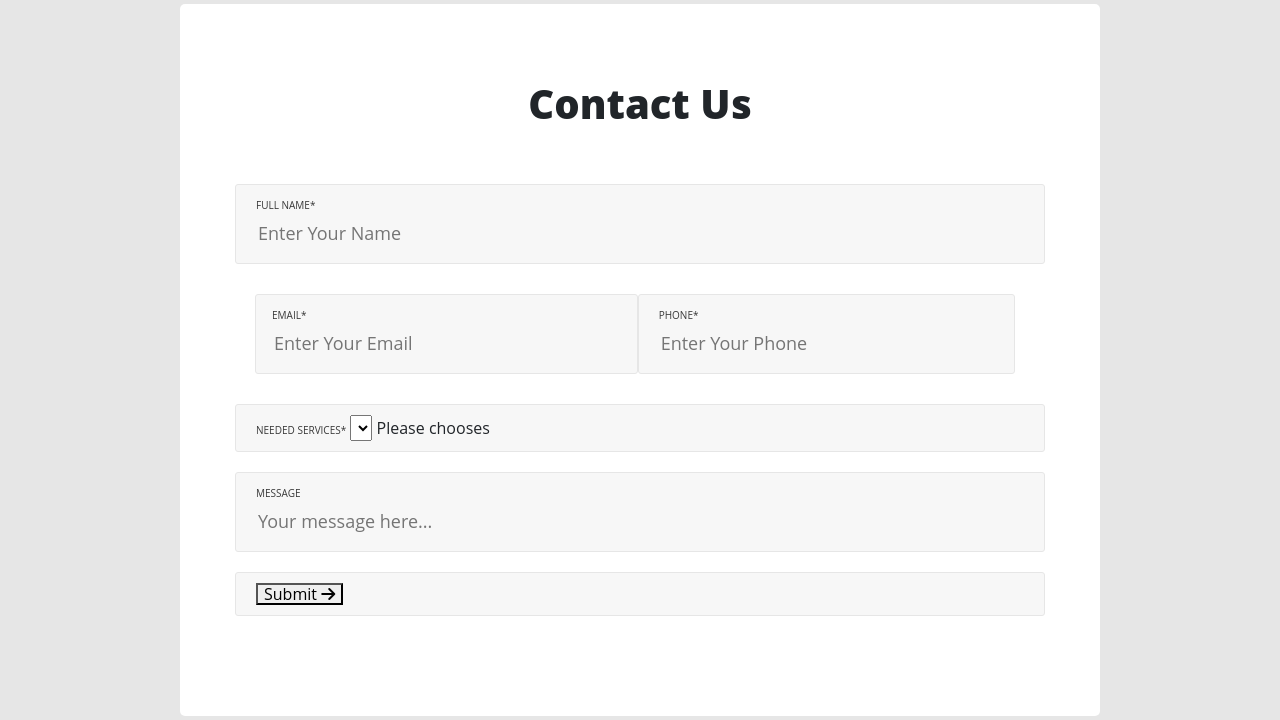
Repository: letrongtinh27/LapTrinhWeb
Page: form-contact/index.html
An editor plug-in stored every save of this project. The page is shown before and after the next save, followed by the edit.
The browser window is 1280 px wide. The pictures show the whole page.

Above is the page before, as saved 2022-10-09 11:57:07.

### form-contact/index.html
<!DOCTYPE html>
<html lang="en">
<head>
    <meta charset="UTF-8">
    <meta http-equiv="X-UA-Compatible" content="IE=edge">
    <meta name="viewport" content="width=device-width, initial-scale=1.0">
    <title>Form Contact Us</title>
    <link rel="stylesheet" href="https://cdn.jsdelivr.net/npm/bootstrap@4.3.1/dist/css/bootstrap.min.css" integrity="sha384-ggOyR0iXCbMQv3Xipma34MD+dH/1fQ784/j6cY/iJTQUOhcWr7x9JvoRxT2MZw1T" crossorigin="anonymous">
    <link rel="stylesheet" href="reset.css">
    <link rel="stylesheet" href="style.css">
    <link rel="stylesheet" href="https://cdnjs.cloudflare.com/ajax/libs/font-awesome/6.2.0/css/all.min.css" integrity="sha512-xh6O/CkQoPOWDdYTDqeRdPCVd1SpvCA9XXcUnZS2FmJNp1coAFzvtCN9BmamE+4aHK8yyUHUSCcJHgXloTyT2A==" crossorigin="anonymous" referrerpolicy="no-referrer" />
</head>
<body>
    <div class="contact">
        <h2 class="contact-title">Contact Us</h2>
        <form action="#" class="contact-form" autocapitalize="off">
            <div class="form-group">
                <label for="">FULL NAME*</label>
                <input type="text" class="form-input" placeholder="Enter Your Name">
            </div>
            <div class="form-group-2">
            <div class="form-group  alpha pl-3">
                <label for="">EMAIL*</label>
                <input type="email" class="form-input alpha" placeholder="Enter Your Email">
            </div>
            <div class="form-group alpha pr-3">
                <label for="">PHONE*</label>
                <input type="email" class="form-input" placeholder="Enter Your Phone">
            </div>
        </div>
            <div class="form-group">
                <label for="">NEEDED SERVICES*</label>
                <select name="service" id="">
                </select>
                <span>Please chooses</span>
            </div>
            <div class="form-group">
                <label for="">MESSAGE</label>
                <input type="text" class="form-input text-area" placeholder="Your message here...">
            </div>
            <div class="form-group">
                <button class="form-submit">Submit <i class="fa-solid fa-arrow-right"></i></button>
            </div>
        </form>
    </div>
    <script src="https://code.jquery.com/jquery-3.3.1.slim.min.js" integrity="sha384-q8i/X+965DzO0rT7abK41JStQIAqVgRVzpbzo5smXKp4YfRvH+8abtTE1Pi6jizo" crossorigin="anonymous"></script>
    <script src="https://cdn.jsdelivr.net/npm/popper.js@1.14.7/dist/umd/popper.min.js" integrity="sha384-UO2eT0CpHqdSJQ6hJty5KVphtPhzWj9WO1clHTMGa3JDZwrnQq4sF86dIHNDz0W1" crossorigin="anonymous"></script>
    <script src="https://cdn.jsdelivr.net/npm/bootstrap@4.3.1/dist/js/bootstrap.min.js" integrity="sha384-JjSmVgyd0p3pXB1rRibZUAYoIIy6OrQ6VrjIEaFf/nJGzIxFDsf4x0xIM+B07jRM" crossorigin="anonymous"></script>
</body>
</html>

### form-contact/style.css
body {
    font-family: 'Open Sans',sans-serif;
    width: 100%;
    height: 100vh;
    display: flex;
    align-items: center;
    justify-content: center;
    background: #e6e6e6;
}

.contact{
   width: 100%;
   max-width: 920px;
   background-color: #ffffff;
   border-radius: 5px;
   padding: 80px 55px;
}
.contact-title{
    font-size: 40px;
    text-align: center;
    padding-bottom: 60px;
    font-weight: 800;
}

.form-group{
    margin-bottom: 20px;
    width: 100%;
    border: 1px solid #e6e6e6;
    background-color: #f7f7f7;
    border-radius: 3px;
    padding: 10px 30px 10px 20px;
}

.form-group-2 {
    display: flex;
    justify-content: space-between;
    padding: 10px 30px 10px 20px;
}
 .alpha {
    width: calc((100%-30px)/2);
}
.form-input{
    font-family: 'Open Sans',sans-serif;
    color: #555555;
    background-color: #f7f7f7;
    width: 100%;
    padding-right: 15px;
    line-height: 1.2;
    height: 40px;
    font-size: 18px;
    outline: none;
    border: 0;
}
label {
    color: #393939;
    font-size: 10px;
    line-height: 1.5;
}
.form-submit{

}
.fa-solid{

}
.fa-arrow-right{

}

Loaded but not shown: form-contact/reset.css (common file)

After the next save:
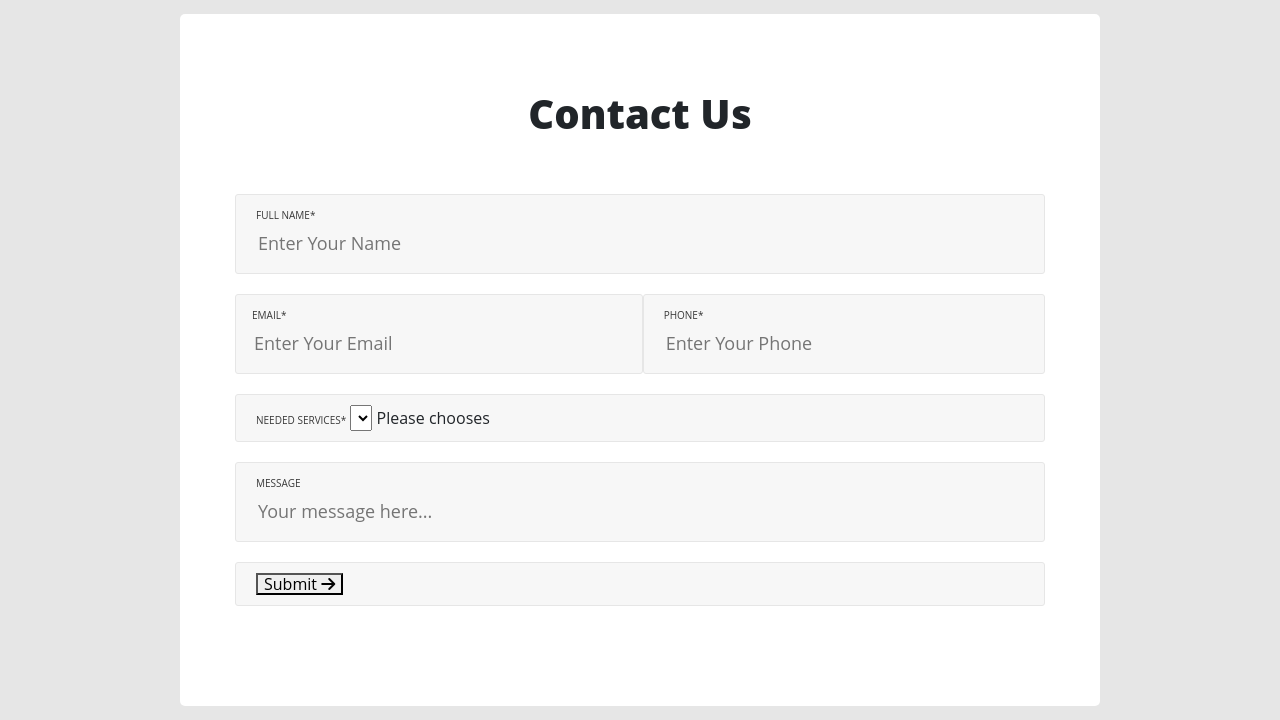
Saved 4 s later.
--- a/form-contact/style.css
+++ b/form-contact/style.css
@@ -34,7 +34,7 @@ body {
 .form-group-2 {
     display: flex;
     justify-content: space-between;
-    padding: 10px 30px 10px 20px;
+
 }
  .alpha {
     width: calc((100%-30px)/2);
